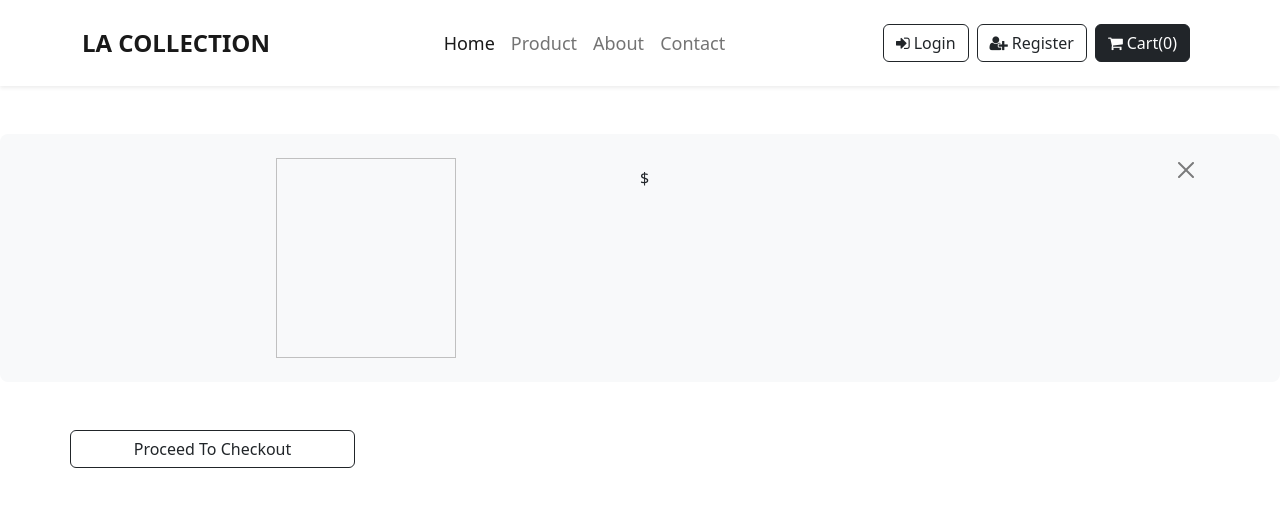
Repository: tiendungjr123/Ecommerce
Page: /cart
These files come from the project's save history. The page is drawn as it stood at one moment and after the next save; the edit follows.
The browser window is 1280 px wide. The pictures show the whole page.
The project was rebuilt for these pictures with package versions that can differ from the ones it lists, and the page was loaded fresh each time. Also part of the build but not shown: src/components/Products.jsx, src/components/Home.jsx, src/components/ProductDetail.jsx, src/components/About.jsx, src/components/Contact.jsx.

Above is the page before, as saved 2022-10-04 11:39:05.

### src/index.js
import React from 'react';
import ReactDOM from 'react-dom/client';
import './index.css';
import App from './App';
import '../node_modules/bootstrap/dist/css/bootstrap.min.css';
import '../node_modules/font-awesome/css/font-awesome.min.css';
import 'react-loading-skeleton/dist/skeleton.css'
import { BrowserRouter } from 'react-router-dom';
import store from './redux/store';
import { Provider } from 'react-redux';
const root = ReactDOM.createRoot(document.getElementById('root'));
root.render(
   <BrowserRouter>
      <Provider store={store}>
         <App />
      </Provider>
   </BrowserRouter>
);

### src/index.css
body {
   margin: 0;
   font-family: -apple-system, BlinkMacSystemFont, "Segoe UI", "Roboto", "Oxygen", "Ubuntu", "Cantarell", "Fira Sans",
      "Droid Sans", "Helvetica Neue", sans-serif;
   -webkit-font-smoothing: antialiased;
   -moz-osx-font-smoothing: grayscale;
}

code {
   font-family: source-code-pro, Menlo, Monaco, Consolas, "Courier New", monospace;
}

### src/App.js
import './App.css';
import Home from './components/Home';
import Navbar from './components/Navbar';
import {Route,  Routes} from 'react-router-dom';
import Products from './components/Products';
import ProductDetail from './components/ProductDetail';
import About from './components/About';
import Contact from './components/Contact';
import Cart from './components/Cart';
function App() {
   return (
      <>
         <Navbar/>
         <Routes>
            <Route exact path='/' element={<Home/>}/>
            <Route exact path='/products' element={<Products/>}/>
            <Route exact path='/products/:id' element={<ProductDetail/>}/>
            <Route exact path='/about' element={<About/>}/>
            <Route exact path='/contact' element={<Contact/>}/>
            <Route exact path='/cart' element={<Cart/>}/>
         </Routes>
      </>
   );
}

export default App;

### src/redux/store.js
import { createStore } from "redux";
import rootReducers from "./reducer";
const store = createStore(rootReducers);

export default store;

### src/App.css
/* Navbar css */

.navbar-nav a{
   font-size: 18px;
}

### src/components/Navbar.jsx
import React from 'react';
import { NavLink } from 'react-router-dom';
import { useSelector } from 'react-redux';
const Navbar = () => {
   const state = useSelector((state) => state.handleCart);
   return (
      <div>
         <nav className="navbar navbar-expand-lg bg-white py-3 shadow-sm">
            <div className="container">
               <NavLink className="navbar-brand fw-bold fs-4" to="/">LA COLLECTION</NavLink>
               <button className="navbar-toggler" type="button" data-bs-toggle="collapse" data-bs-target="#navbarSupportedContent" aria-controls="navbarSupportedContent" aria-expanded="false" aria-label="Toggle navigation">
                  <span className="navbar-toggler-icon"></span>
               </button>
               <div className="collapse navbar-collapse" id="navbarSupportedContent">
                  <ul className="navbar-nav mx-auto mb-2 mb-lg-0">
                     <li className="nav-item">
                        <NavLink className="nav-link active" aria-current="page" to="/">Home</NavLink>
                     </li>
                     <li className="nav-item">
                        <NavLink className="nav-link" to="/products">Product</NavLink>
                     </li>
                     <li className="nav-item">
                        <NavLink className="nav-link" to="/about">About</NavLink>
                     </li>
                     <li className="nav-item">
                        <NavLink className="nav-link" to="/contact">Contact</NavLink>
                     </li>
                  </ul>
                  <div className="buttons ">
                     <NavLink to="/login" className='btn btn-outline-dark'>
                        <i className='fa fa-sign-in me-1'></i>Login
                     </NavLink>
                     <NavLink to="/register" className='btn btn-outline-dark ms-2'>
                        <i className='fa fa-user-plus me-1'></i>Register
                     </NavLink>
                     <NavLink to="/cart" className='btn btn-outline-dark m-2'>
                        <i className='fa fa-shopping-cart me-1'></i>Cart({state.length})
                     </NavLink>
                  </div>
               </div>
            </div>
         </nav>
      </div>
   );
}

export default Navbar;

### src/components/Cart.jsx
import React from 'react';
import { useDispatch, useSelector } from 'react-redux';
import { NavLink } from 'react-router-dom';
import { deleteCart } from '../redux/action/index'
const Cart = () => {
   const state = useSelector((state) => state.addCart);
   const dispatch = useDispatch();
   const handleClose = (item) => {
      dispatch(deleteCart(item));
   }
   const CartItems = (cartItem) => {
      return (
         <div className='px-4 my-5 bg-light rounded-3' key={cartItem.id}>
            <div className="container py-4">
               <button onClick={() => handleClose(cartItem)} className='btn btn-close float-end' aria-label='Close'></button>
               <div className='row justify-content-center'>
                  <div className="col-md-4">
                     <img src={cartItem.image} alt={cartItem.title} height="200px" width="180px" />
                  </div>
                  <div className='col-md-4'>
                     <h3>{cartItem.title}</h3>
                     <p>${cartItem.price}</p>
                  </div>
               </div>
            </div>
         </div>
      )
   }

   const EmptyCart = () => {
      return (
         <div className='px-4 my-5 bg-light rounded-3'>
            <div className="container py-4">
               <div className="row">
                  <h3>Your Cart is Empty</h3>
               </div>
            </div>
         </div>
      )
   }

   const Button = () => {
      return (
         <div className="container">
            <div className="row">
               <NavLink to="/checkout" className='btn btn-outline-dark mb-5 w-25'>Proceed To Checkout</NavLink>
            </div>
         </div>
      )
   }
   return (
      <>
         {/* {state.length === 0 && <EmptyCart/>} */}
         {/* {state.length !==0 && state.map(cartItems)} */}
         <CartItems />
         <Button />
      </>
   );
}

export default Cart;

### src/redux/reducer/index.js
import handleCart from "./handleCart";
import { combineReducers } from "redux";

const rootReducers =  combineReducers({
   handleCart,
})

export default rootReducers;

### src/redux/action/index.js
export const addCart = (product) =>{
   return{
      type:'cart/addProduct',
      paload:product
   }
}

export const deleteCart = (product) =>{
   return {
      type:'cart/deleteProduct',
      payload: product
   }
}

### src/redux/reducer/handleCart.js
const cart = [];

const handleCart = (state = cart, action) => {
   const product = action.payload;
   switch (action.type) {
      case 'cart/addProduct':
         const exits = state.find((x) => x.id === product.id);
         if (exits) {
            return state.map((x) => x.id === product.id ? { ...x, qty: x.qty + 1 } : x)
         }else{
            const product = action.payload;
            return [
               ...state,
               {
                  ...product,
                  qty: 1,
               }
            ]
         }
         break;
      case 'cart/deleteProduct':
         const exits1 = state.find((x) => x.id === product.id);
         if(exits1.qty === 1){
            return state.filter((x) => x.id !== exits1.id)
         }
         else{
            return state.map((x) =>
               x.id === product.id ? {...x, qty: x.qty-1}:x
            );
         }
         break;
      default:
         return state;
   }
}

export default handleCart;

Loaded but not shown: public/index.html (common file)

After the next save:
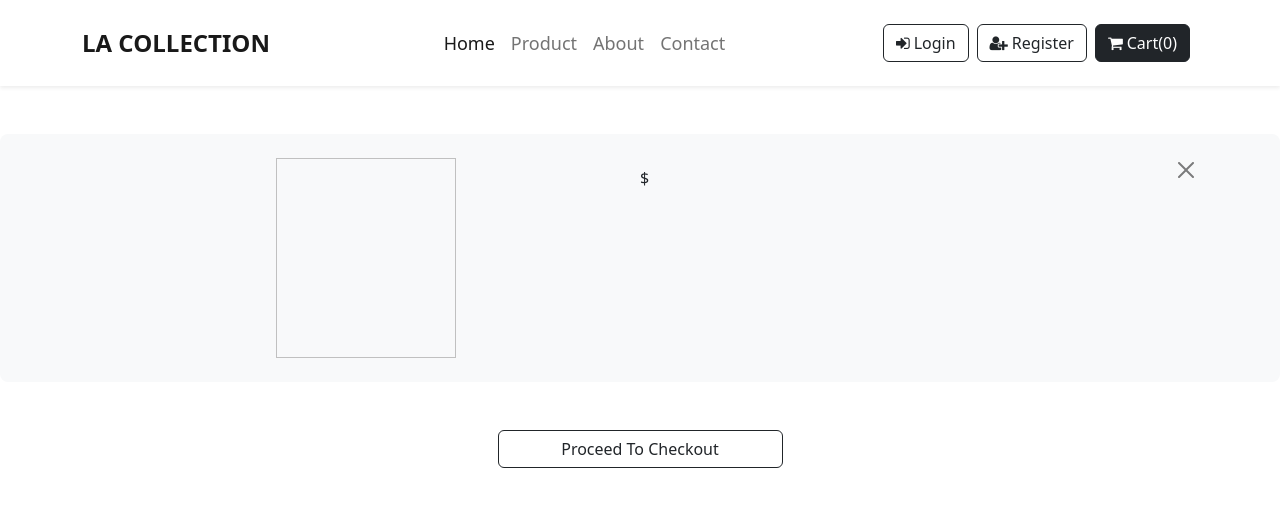
Saved 24 s later.
--- a/src/components/Cart.jsx
+++ b/src/components/Cart.jsx
@@ -43,7 +43,7 @@ const Cart = () => {
       return (
          <div className="container">
             <div className="row">
-               <NavLink to="/checkout" className='btn btn-outline-dark mb-5 w-25'>Proceed To Checkout</NavLink>
+               <NavLink to="/checkout" className='btn btn-outline-dark mb-5 w-25 mx-auto'>Proceed To Checkout</NavLink>
             </div>
          </div>
       )
